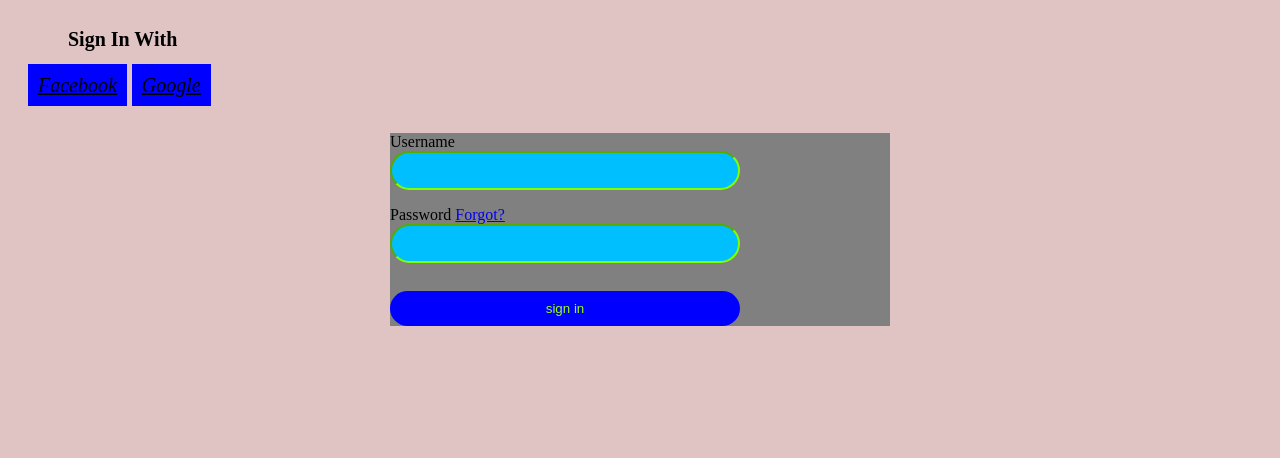
Repository: Tobby004/bdc-assignment-2
Page: index.html
An editor plug-in stored every save of this project. The page is shown before and after the next save, followed by the edit.
The browser window is 1280 px wide. The pictures show the whole page.

Above is the page before, as saved 2023-02-08 21:29:32.

After the next save:
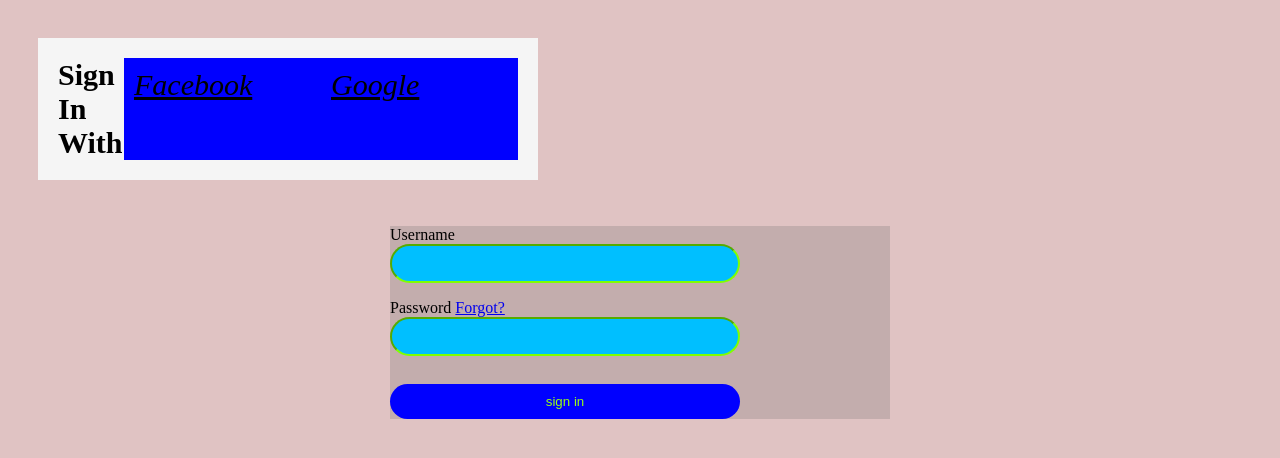
Saved 11 min 52 s later.
--- a/index.html
+++ b/index.html
@@ -10,9 +10,9 @@
 <body>
     <header>
     <div class="flex-container">
-        <div>
-            <b>Sign In With </b>
-        </div>
+            <b>
+                Sign In With
+            </b>
         <br>
         <br>
         <a href="#">
--- a/task.css
+++ b/task.css
@@ -15,7 +15,13 @@ header a {
     font-style: italic;
     background: blue;
     color: black;
-
+}
+.flex-container{
+    background-color: whitesmoke;
+    margin: 10px;
+    display: flex;
+    padding: 20px;
+    font-size: 30px;
 
 
 }
@@ -28,11 +34,11 @@ header div {
     margin-right: auto;
 }
 .form-input {
-    background-color: grey;
+    background-color:rgb(195, 173, 173);
     width: 100%;
     max-width: 500px;
     margin-left: auto;
-    margin-right: auto;
+    margin-right: auto ;
 }
 input {
     display: block;
